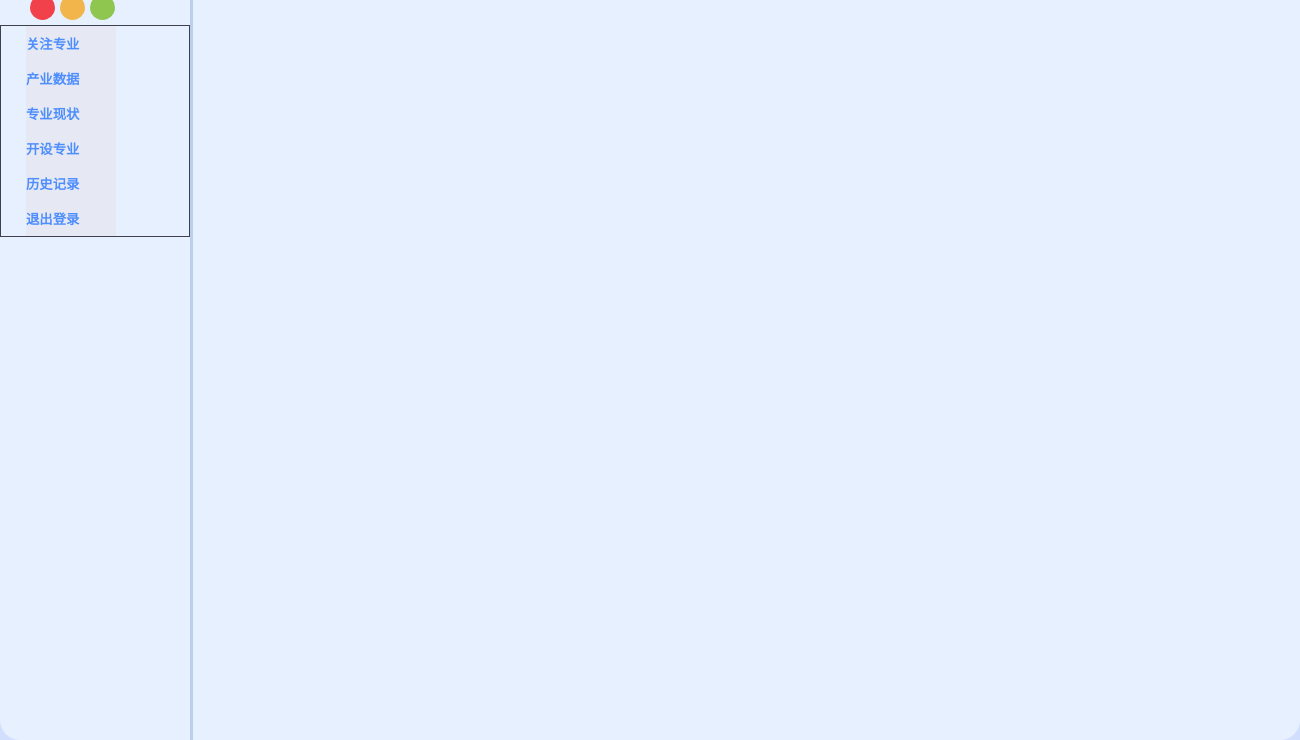
Repository: akaCSDN/test
Page: 2.1主页.html
An editor plug-in stored every save of this project. The page is shown before and after the next save, followed by the edit.
The browser window is 1280 px wide. The page is 1300 px wide, so the pictures cover 1300 px, including what lies to the right of the window. The pictures show the whole page.

Above is the page before, as saved 2022-12-02 14:09:19.

### 2.1主页.html
<!DOCTYPE html>
<html lang="en">
<head>
    <meta charset="UTF-8">
    <meta http-equiv="X-UA-Compatible" content="IE=edge">
    <meta name="viewport" content="width=device-width, initial-scale=1.0">
    <title>Document</title>
    <style type="text/css">
        *{
            margin: 0;
            padding: 0;
            border: 0;
        }
        .main{
            width: 1300px;
            height: 760px;
            /* border: 1px solid black; */
            border-radius: 20px;
            background-color: aliceblue;
            opacity: 0.7;
            position: absolute;
            top: 0;
            right: 0;
            bottom: 0;
            left: 0;
            margin: auto;

        }
        .left{
            width: 190px;
            height: 760px;
            border-radius: 20px 0px 0px 20px;
            border-right: 3px solid rgba(146, 169, 213, 0.622);
            /* border: 1px solid black; */
            position: absolute;
        }
        .circle-point{
            width: 100px;
            height: 30px;
            /* border: 1px solid black; */
            margin-left: 25px;
            margin-top: 15px;
        }
        .circle-point div{
            width: 25px;
            height: 25px;
            border-radius: 100% 100% 100% 100%;
            float: left;
            opacity: 1;
            /* position: absolute; */
            margin-left: 5px;

        }
        .button{
            width: auto;
            height: auto;
            border: 1px solid black;
        }
        .button ul{
            list-style-type: none;
        }
        .button button{
            width: 90px;
            height: 35px;
            text-align: left;
            margin-left: 25px;
            color: rgba(0, 94, 255, 0.909);
            font-weight: 600;
        }
    </style>
</head>
<body style="background-color: rgb(209, 222, 254);">
    <div class="main">
        <div class="left">
            <div class="circle-point">
                <div style="background-color: red;"></div>
                <div style="background-color: orange;"></div>
                <div style="background-color:rgb(116, 189, 7);"></div>
            </div>
            <div class="button">

                    <button>关注专业</button>
                    <br>
                    <button>产业数据</button>
                    <br>
                    <button>专业现状</button>
                    <br>
                    <button>开设专业</button>
                    <br>
                    <button>历史记录</button>
                    <br>
                    <button>退出登录</button>

            </div>



        </div>

    </div>
</body>
</html>

After the next save:
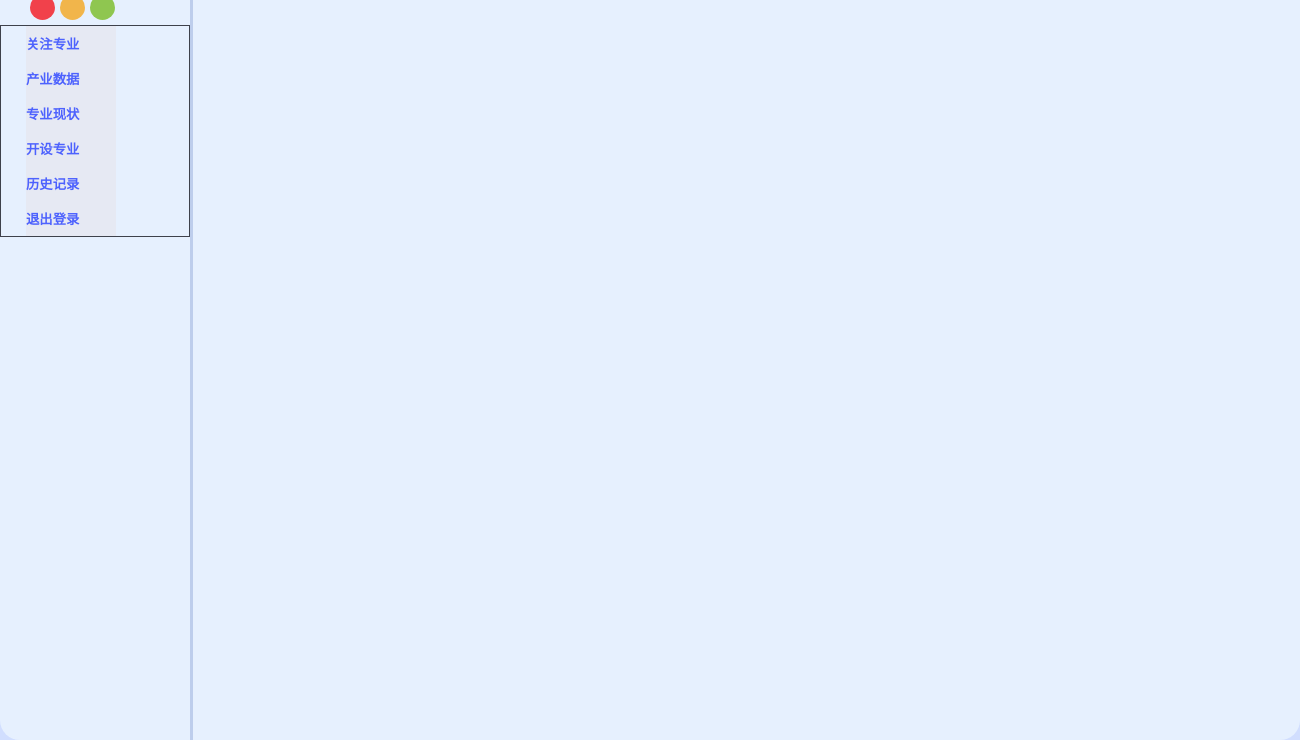
Saved 74 s later.
--- a/2.1主页.html
+++ b/2.1主页.html
@@ -64,7 +64,7 @@
             height: 35px;
             text-align: left;
             margin-left: 25px;
-            color: rgba(0, 94, 255, 0.909);
+            color: rgba(0, 26, 255, 0.909);
             font-weight: 600;
         }
     </style>
